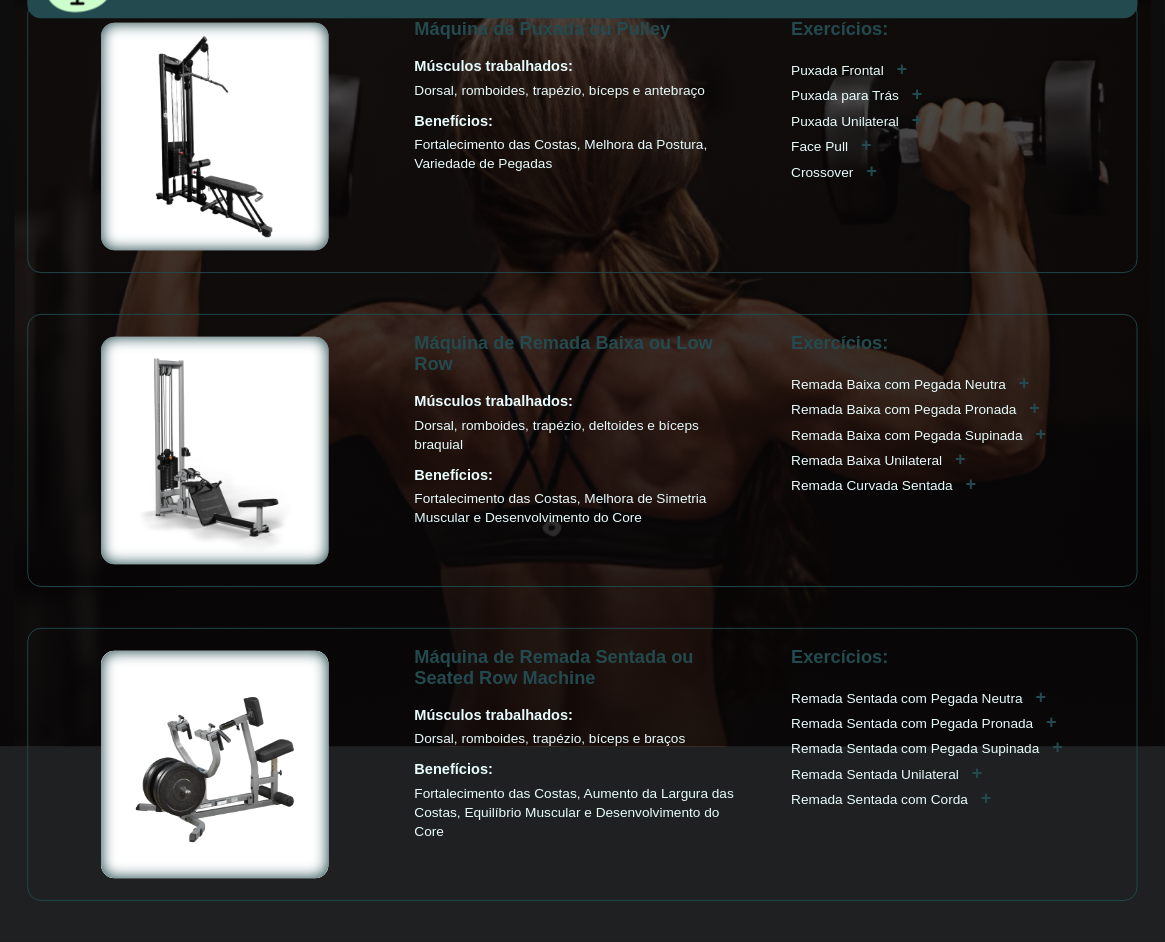
Repository: Marinalr-25/Projeto-Aparelhos-de-Academia
Page: costas.html
The author's editor kept a copy of each file at every save. The page is drawn from the files as they stood at one save, then again after the next save.
The browser window is 1280 px wide. The pictures show the whole page, at 91% of full size.
Backgrounds fixed to the window are drawn as part of the page.

Above is the page before, as saved 2025-01-07 18:23:28.
Console error: TypeError: Cannot read properties of null (reading 'addEventListener')

After the next save:
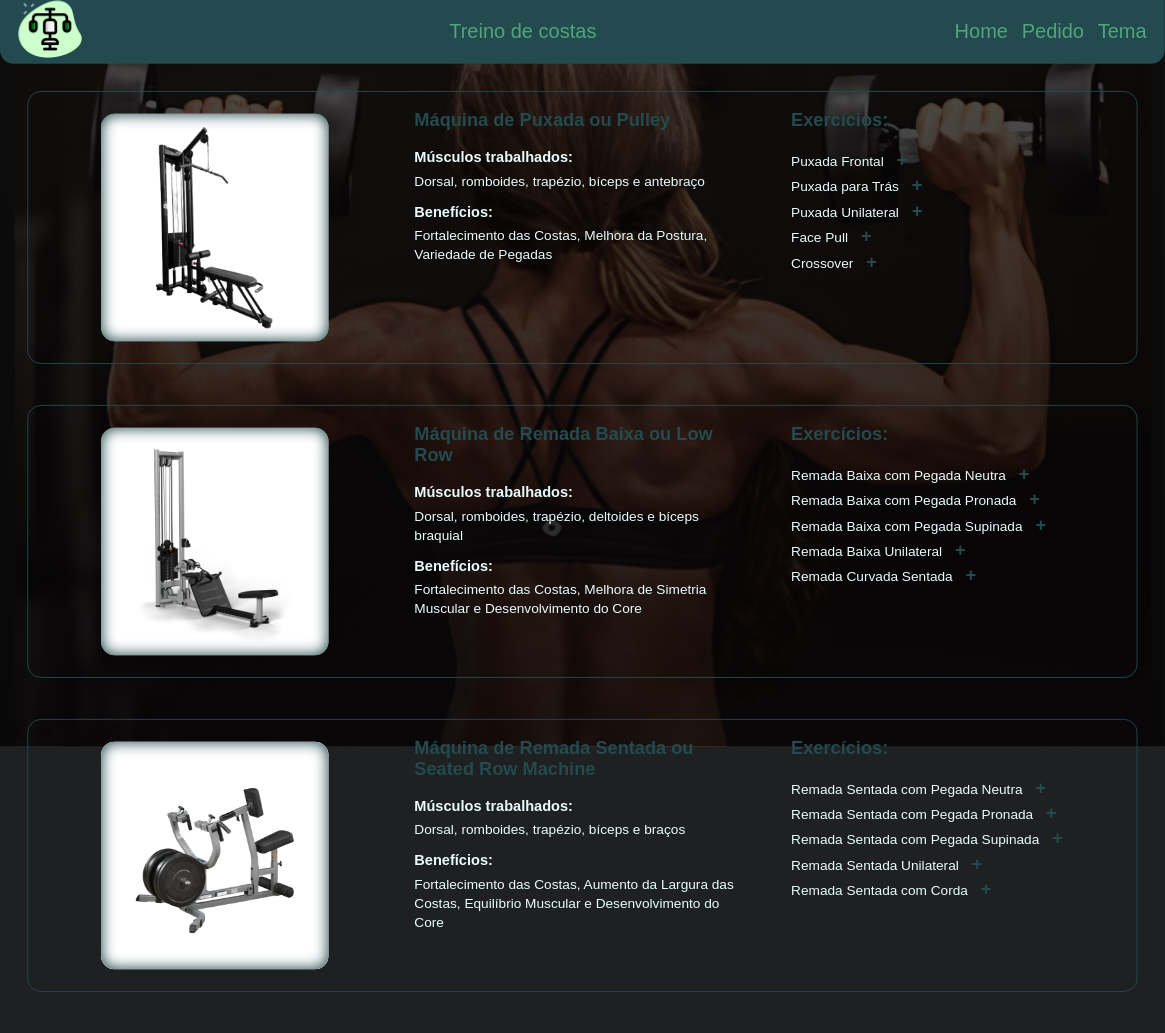
Saved 4 s later.
--- a/css/style.css
+++ b/css/style.css
@@ -441,7 +441,6 @@ main {
   background-size: contain;
   background-position: center;
   background-attachment: fixed;
-  transform: translateY(-10rem);
 
   & .container {
     display: flex;
